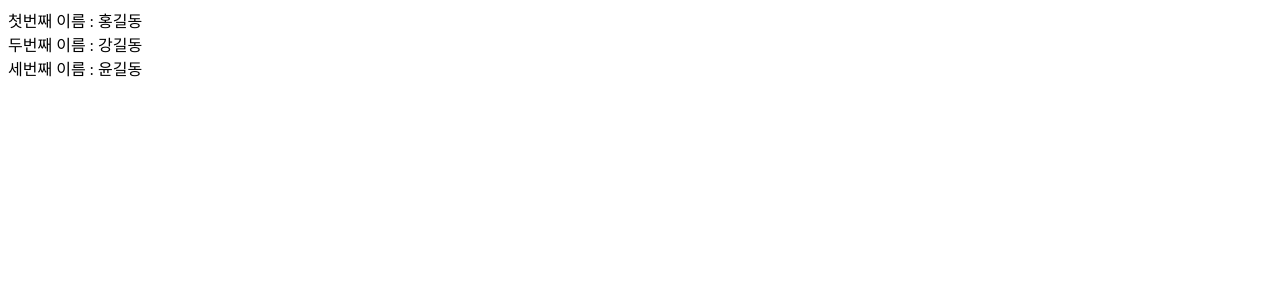
Repository: sunnny10/web-workspace
Page: http://localhost/Lecture-Web/jsp/el/exam07.jsp
These files come from the project's save history. The page is drawn as it stood at one moment and after the next save; the edit follows.
The browser window is 1280 px wide. The pictures show the whole page.
The page is served by Tomcat 9.

Above is the page before, as saved 2022-06-07 04:49:47.

After the next save:
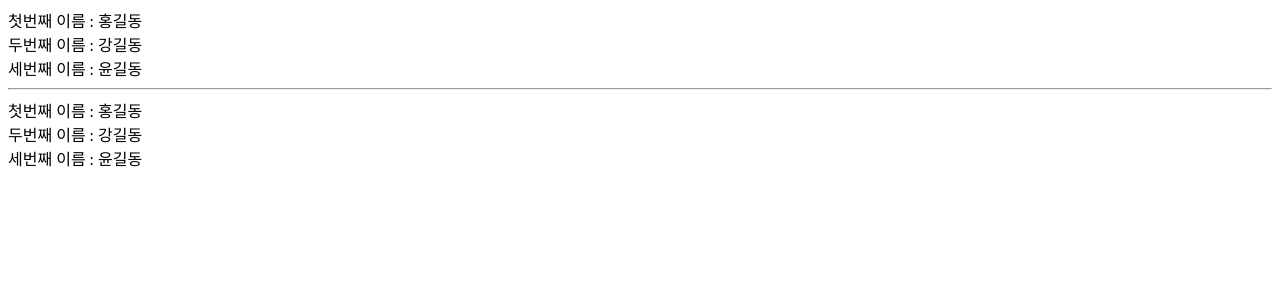
Saved 36 s later.
--- a/Lecture-Web/src/main/webapp/jsp/el/exam07.jsp
+++ b/Lecture-Web/src/main/webapp/jsp/el/exam07.jsp
@@ -20,5 +20,9 @@
 	첫번째 이름 : <%= nameList.get(0) %><br>
 	두번째 이름 : <%= nameList.get(1) %><br>
 	세번째 이름 : <%= nameList.get(2) %><br>
+	<hr>
+	첫번째 이름 : ${ names[0] }<br>
+	두번째 이름 : ${ names[1] }<br>
+	세번째 이름 : ${ names[2] }<br>
 </body>
 </html>
